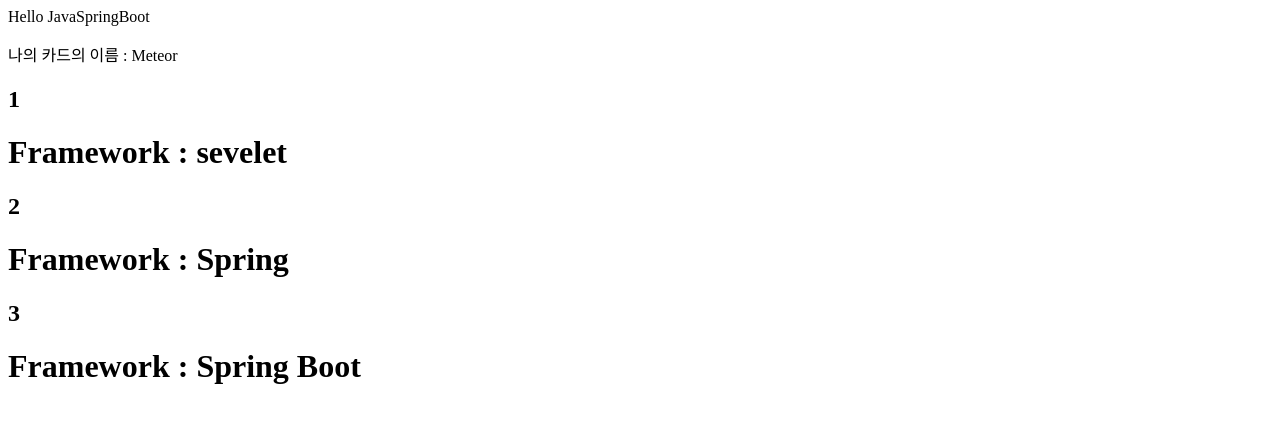
Repository: MeteorLee/Fastcampus_Spring
Page: http://localhost/java-web-01-jsp/
An editor plug-in stored every save of this project. The page is shown before and after the next save, followed by the edit.
The browser window is 1280 px wide. The pictures show the whole page.
The page is served by Tomcat 9.

Above is the page before, as saved 2022-12-21 12:26:44.

### java-web-01-jsp/WebContent/index.jsp
<%@page import="java.util.Arrays"%>
<%@page import="java.util.List"%>
<%@ page language="java" contentType="text/html; charset=UTF-8"
    pageEncoding="UTF-8"%>
<!DOCTYPE html>
<html>
<head>
<meta charset="UTF-8">
<title>Insert title here</title>
</head>
<body>
	Hello JavaSpringBoot

<%
	// 카드를 화면에 노출할지 여부
	boolean cardDisplay = true;

	if(cardDisplay) {

%>
	<p>나의 카드의 이름 : Meteor</p>
<%

	}

	List<String> names = Arrays.asList("sevelet", "Spring", "Spring Boot");
	int count = 0;
	// names의 배열을 반복한다.
	for (String name : names) {
		count++;
		out.println("<h2>" + count + "</h2>");
%>
		<h1>Framework : <%=name%></h1>
<%
	}
%>

</body>
</html>

After the next save:
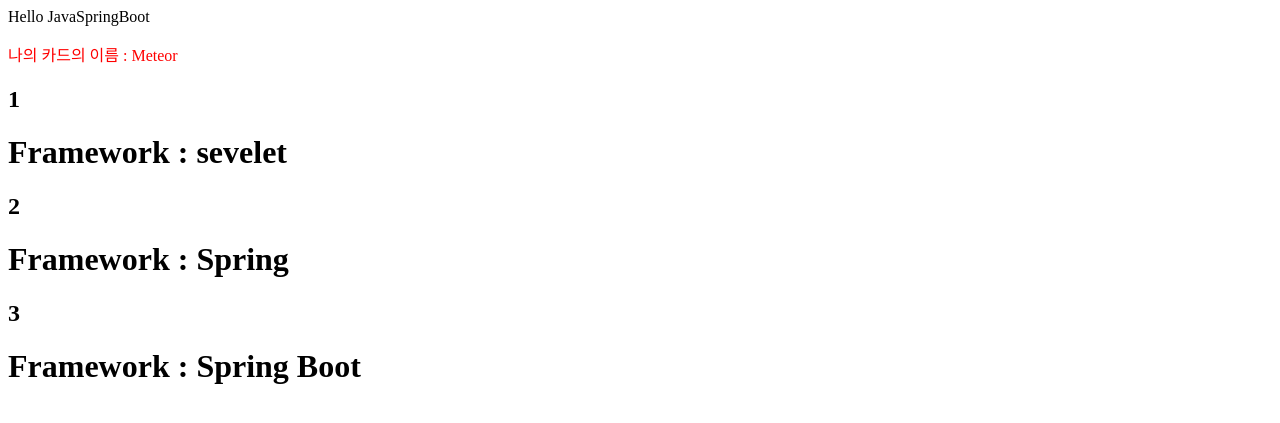
Saved 5 min 49 s later.
--- a/java-web-01-jsp/WebContent/index.jsp
+++ b/java-web-01-jsp/WebContent/index.jsp
@@ -18,7 +18,7 @@
 	if(cardDisplay) {
 
 %>
-	<p>나의 카드의 이름 : Meteor</p>
+	<p style="color:red">나의 카드의 이름 : Meteor</p>
 <%
 
 	}
